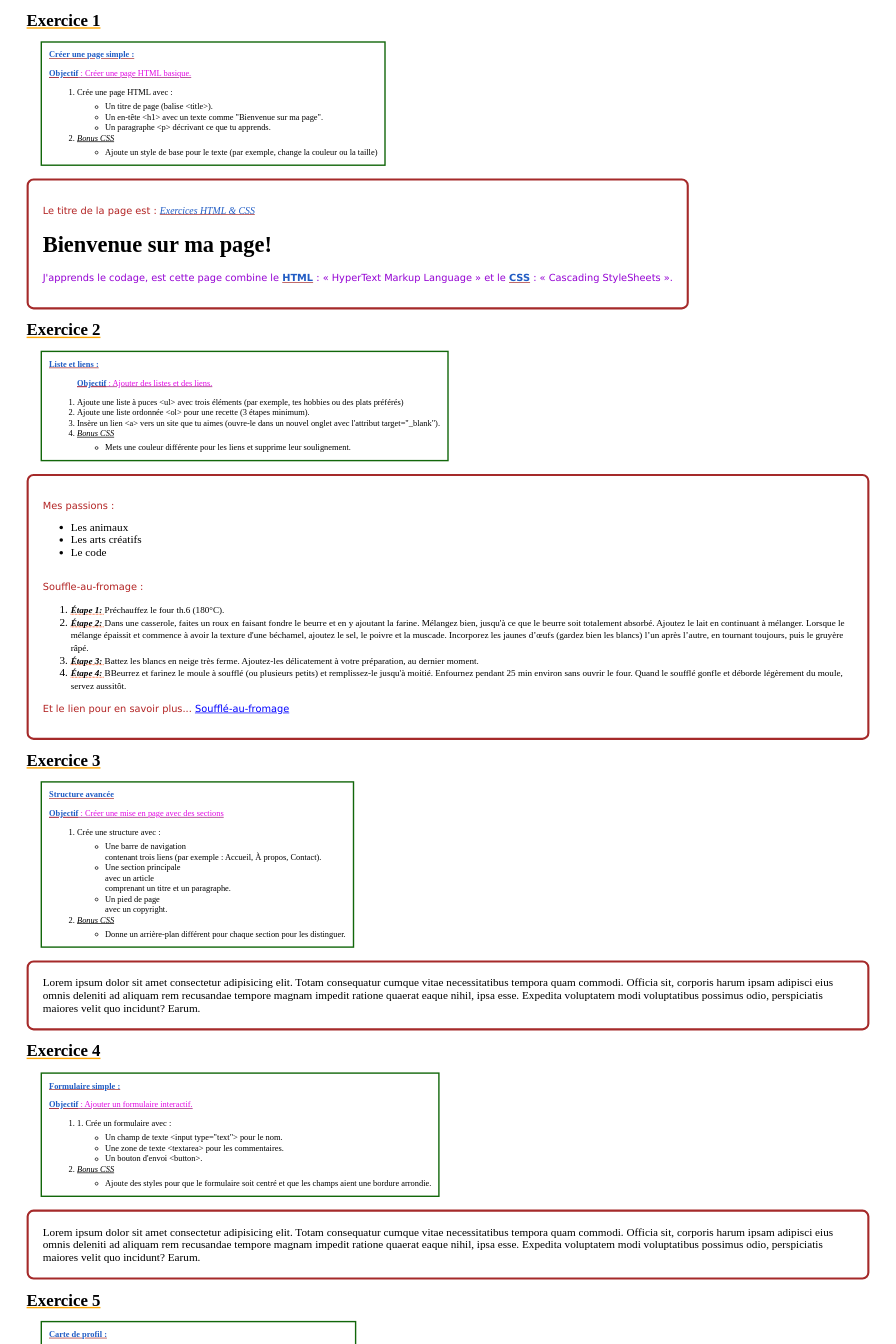
Repository: AnnaSpirit/Mimo_App
Page: Exercices_HTML&CSS.html
The author's editor kept a copy of each file at every save. The page is drawn from the files as they stood at one save, then again after the next save.
The browser window is 1280 px wide. The pictures show the part of the page from y = 0 to 1920 px (the page is 2575 px tall), at 70% of full size.

Above is the page before, as saved 2024-12-08 16:48:33.

After the next save:
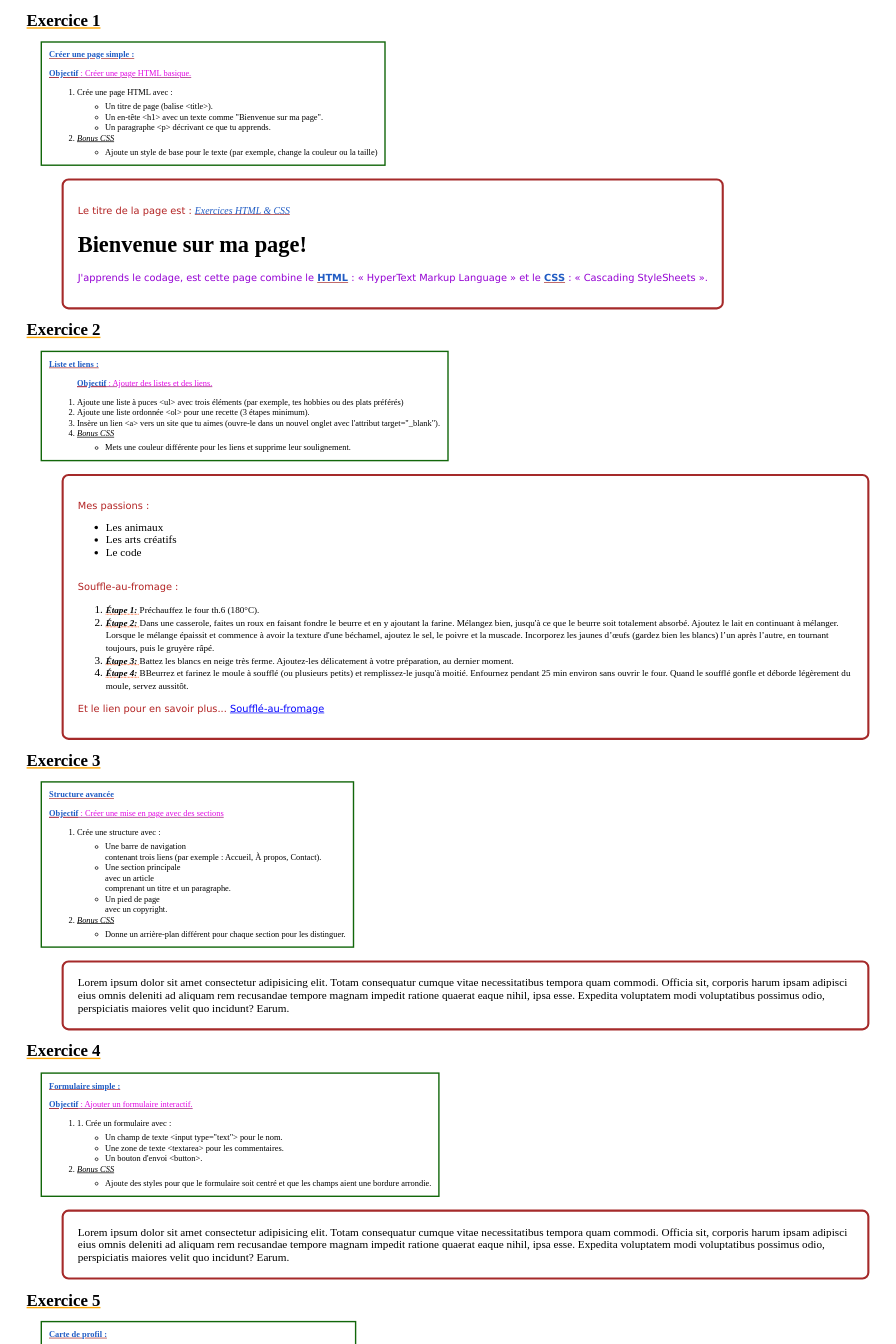
Saved 4 s later.
--- a/styleCSS.css
+++ b/styleCSS.css
@@ -55,7 +55,7 @@ em {
     /* Coins arrondis */
     display: inline-block;
     /* S'assurer que la bordure s'adapte au texte */
-    margin-left: ;
+    margin-left: 50px;
 }
 
 .Resultat p {
